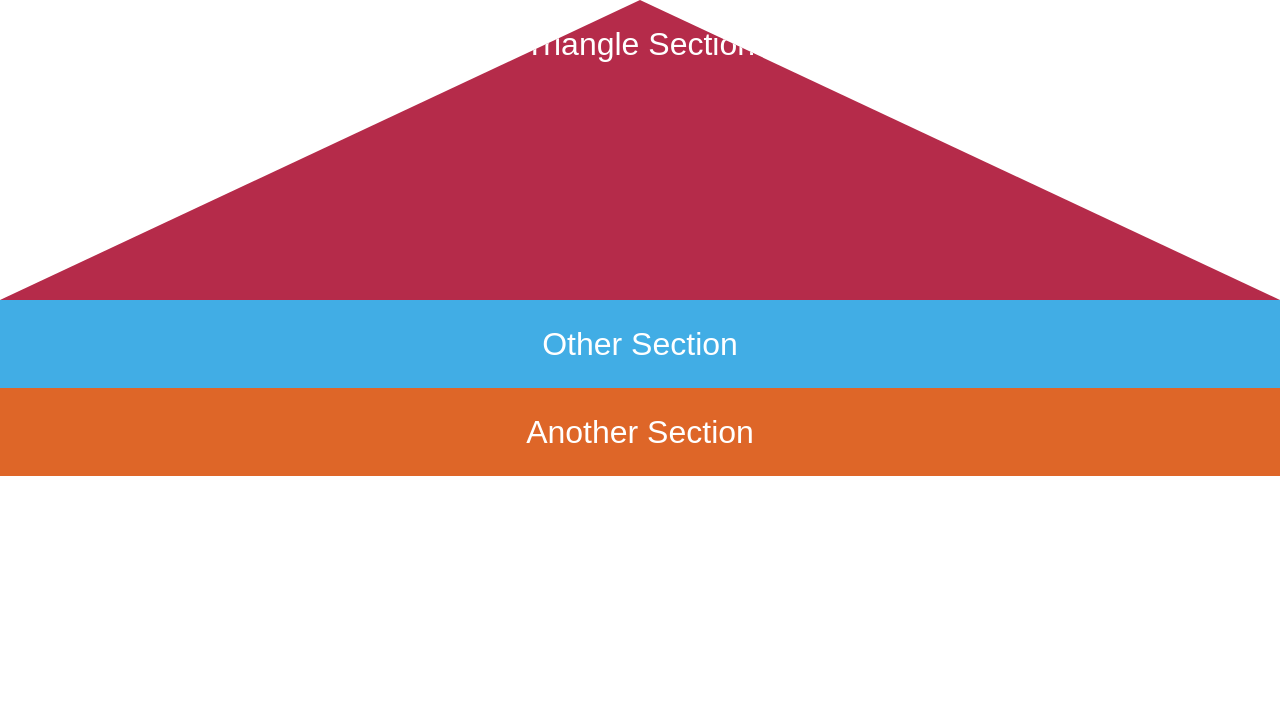
Repository: FrontendProjectsNL/mijn-portfolio-project
Page: /test-skewed-triangle
The author's editor kept a copy of each file at every save. The page is drawn from the files as they stood at one save, then again after the next save.
The browser window is 1280 px wide. The pictures show the whole page.
The project was rebuilt for these pictures with package versions that can differ from the ones it lists, and the page was loaded fresh each time. The framework's server and built-in components were replaced by stand-ins that run in the browser. Also part of the build but not shown: next.config.mjs.

Above is the page before, as saved 2024-10-23 00:29:13.

After the next save:
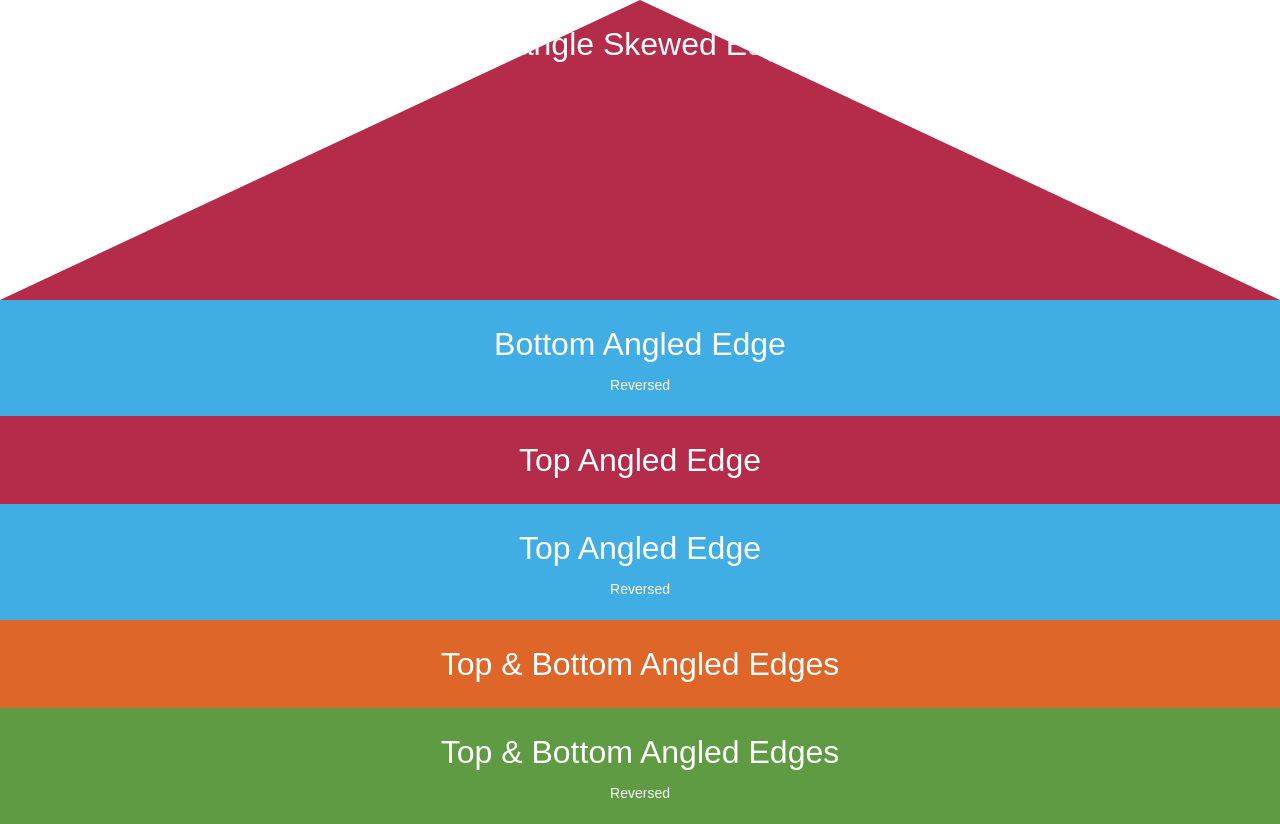
Saved 29 s later.
--- a/app/test-skewed-triangle/page.tsx
+++ b/app/test-skewed-triangle/page.tsx
@@ -6,15 +6,30 @@ const SkewedTriangle: React.FC<SkewedTriangleProps> = () => {
   return (
     <div>
       <div className="block bg-berry edge--triangle">
-        <h1>Triangle Section</h1>
+        <h1>Triangle Skewed Edge</h1>
       </div>
 
-      <div className="block bg-blue">
-        <h1>Other Section</h1>
+      <div className="block bg-blue edge edge--bottom-reverse">
+        <h1>Bottom Angled Edge</h1>
+        <p>Reversed</p>
       </div>
 
-      <div className="block bg-orange">
-        <h1>Another Section</h1>
+      <div className="block bg-berry edge edge--top">
+        <h1>Top Angled Edge</h1>
+      </div>
+
+      <div className="block bg-blue edge edge--top-reverse">
+        <h1>Top Angled Edge</h1>
+        <p>Reversed</p>
+      </div>
+
+      <div className="block bg-orange edge edge--both">
+        <h1>Top & Bottom Angled Edges</h1>
+      </div>
+
+      <div className="block bg-green edge edge--both-reverse">
+        <h1>Top & Bottom Angled Edges</h1>
+        <p>Reversed</p>
       </div>
     </div>
   );
